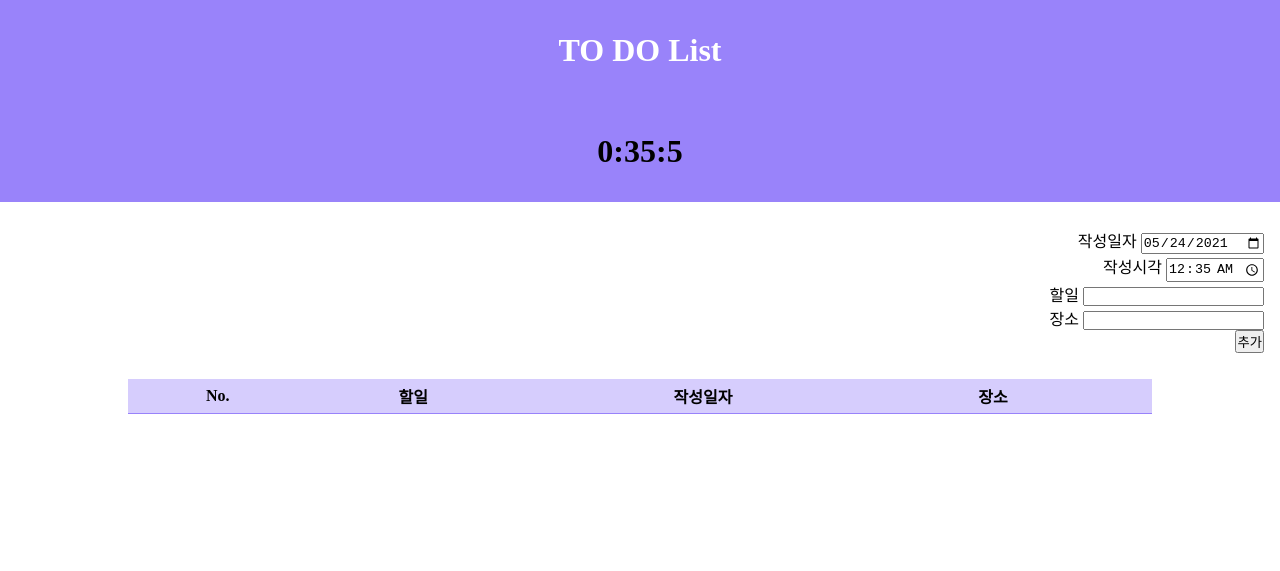
Repository: soyeon-noh/TodoList_Project
Page: http://localhost/Server_PR_TodoList/
An editor plug-in stored every save of this project. The page is shown before and after the next save, followed by the edit.
The browser window is 1280 px wide. The pictures show the whole page.
The page is served by Tomcat 9. Queries for data that is not in the repository find no rows.

Above is the page before, as saved 2021-05-25 02:28:25.

After the next save:
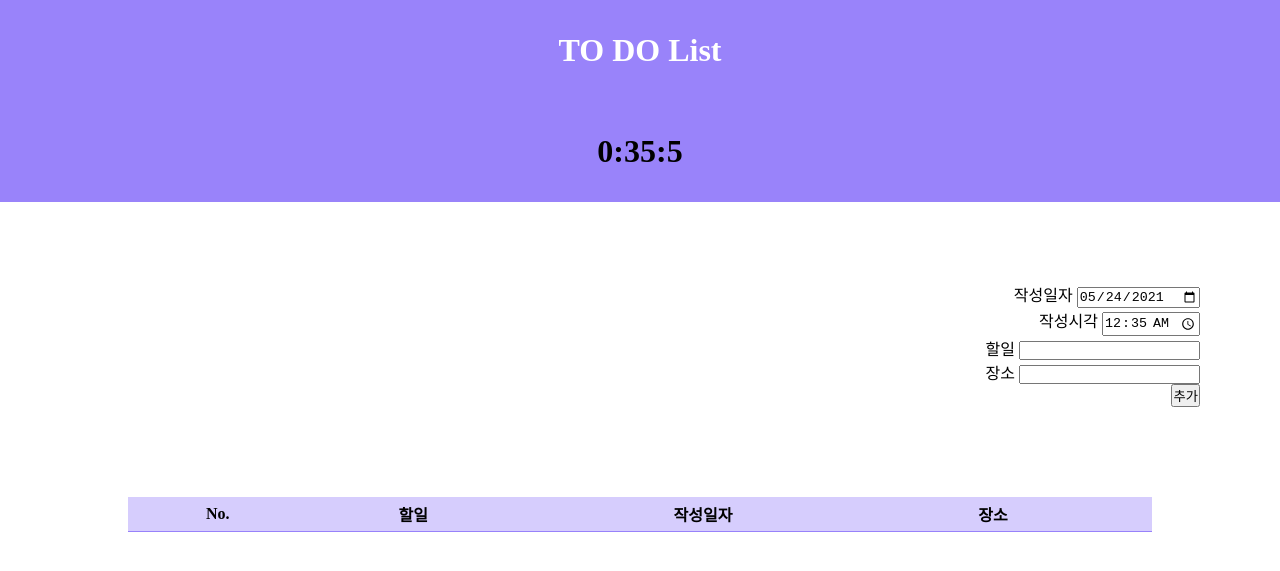
Saved 36 s later.
--- a/Server_PR_TodoList/src/main/webapp/static/css/home.css
+++ b/Server_PR_TodoList/src/main/webapp/static/css/home.css
@@ -17,7 +17,8 @@ h1 {
 
 form.v1 {
 	text-align: right;
-	margin: 10px auto;
+	padding: 5rem;
+
 }
 
 table {
@@ -35,8 +36,3 @@ td, th {
 th {
 	background-color: rgba(153,131,250,0.4);
 }
-
-form{
-	text-align: center;
-	padding: 1rem;
-}
